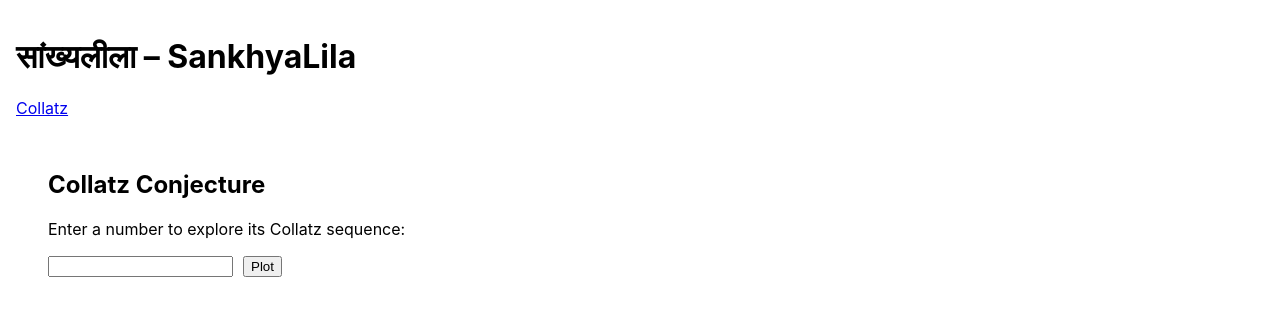
Repository: ChakreshSinghUC/SankhyaLila
Page: /collatz
These files come from the project's save history. The page is drawn as it stood at one moment and after the next save; the edit follows.
The browser window is 1280 px wide. The pictures show the whole page.
The project was rebuilt for these pictures with package versions that can differ from the ones it lists, and the page was loaded fresh each time.

Above is the page before, as saved 2025-07-05 16:31:37.

### src/App.js
import React from 'react';
import { BrowserRouter as Router, Routes, Route, Link } from 'react-router-dom';
import Collatz from './pages/Collatz';

function App() {
  return (
    <Router>
      <div style={{ padding: '1rem' }}>
        <h1>सांख्यलीला – SankhyaLila</h1>
        <nav>
          <Link to="/collatz">Collatz</Link>
        </nav>

        <Routes>
          <Route path="/collatz" element={<Collatz />} />
          <Route path="/" element={<p>Welcome to SankhyaLila!</p>} />
        </Routes>
      </div>
    </Router>
  );
}

export default App;

### src/pages/Collatz.jsx
import React, { useState } from 'react';
import { Line } from 'react-chartjs-2';
import {
  Chart as ChartJS,
  LineElement,
  PointElement,
  CategoryScale,
  LinearScale,
  Title,
  Tooltip,
  Legend
} from 'chart.js';

ChartJS.register(
  LineElement,
  PointElement,
  CategoryScale,
  LinearScale,
  Title,
  Tooltip,
  Legend
);

export default function Collatz() {
  const [input, setInput] = useState('');
  const [sequence, setSequence] = useState([]);

  const generateSequence = (n) => {
    let result = [];
    while (n !== 1) {
      result.push(n);
      n = (n % 2 === 0) ? n / 2 : 3 * n + 1;
    }
    result.push(1);
    setSequence(result);
  };

  const handleSubmit = () => {
    const n = parseInt(input);
    if (!isNaN(n) && n > 0) generateSequence(n);
  };

  return (
    <div style={{ padding: '2rem' }}>
      <h2>Collatz Conjecture</h2>
      <p>Enter a number to explore its Collatz sequence:</p>
      <input
        type="number"
        value={input}
        onChange={(e) => setInput(e.target.value)}
        onKeyDown={(e) => e.key === 'Enter' && handleSubmit()}
      />
      <button onClick={handleSubmit} style={{ marginLeft: '10px' }}>Plot</button>

      {sequence.length > 0 && (
        <div style={{ marginTop: '2rem' }}>
          <Line
            data={{
              labels: sequence.map((_, i) => i),
              datasets: [{
                label: 'Collatz Sequence',
                data: sequence,
                borderColor: '#1e88e5',
                pointRadius: 0,
                borderWidth: 2,
                fill: false
              }]
            }}
            options={{
              responsive: true,
              scales: {
                y: { beginAtZero: true }
              }
            }}
          />
        </div>
      )}
    </div>
  );
}

Loaded but not shown: public/index.html (common file); src/index.js (common file); src/index.css (common file); src/reportWebVitals.js (common file)

After the next save:
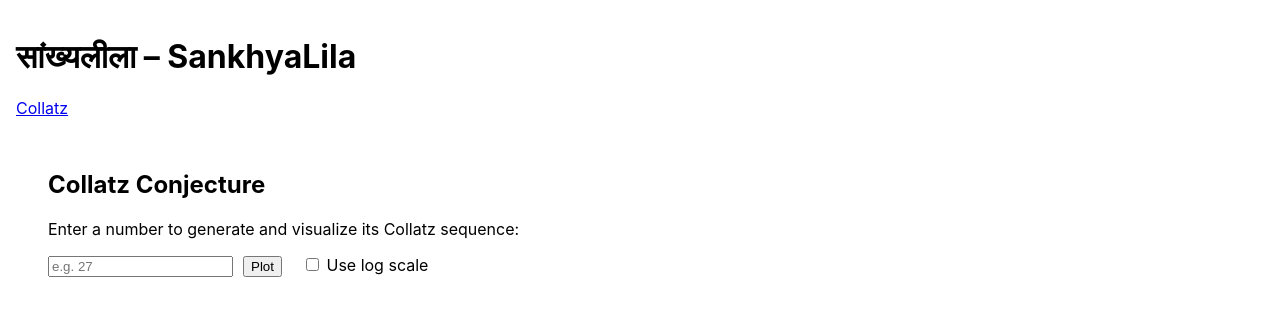
Saved 6 min 30 s later.
--- a/src/pages/Collatz.jsx
+++ b/src/pages/Collatz.jsx
@@ -24,6 +24,7 @@ ChartJS.register(
 export default function Collatz() {
   const [input, setInput] = useState('');
   const [sequence, setSequence] = useState([]);
+  const [logScale, setLogScale] = useState(false);
 
   const generateSequence = (n) => {
     let result = [];
@@ -40,39 +41,106 @@ export default function Collatz() {
     if (!isNaN(n) && n > 0) generateSequence(n);
   };
 
+  const maxValue = Math.max(...sequence);
+  const maxIndex = sequence.indexOf(maxValue);
+
+  const data = {
+    labels: sequence.map((_, i) => i),
+    datasets: [
+      {
+        label: 'Collatz Sequence',
+        data: sequence,
+        borderColor: '#1e88e5',
+        pointRadius: 0,
+        borderWidth: 2,
+        fill: false
+      },
+      {
+        label: 'Peak',
+        data: Array.from({ length: sequence.length }, (_, i) =>
+          i === maxIndex ? maxValue : null
+        ),
+        pointRadius: 5,
+        pointBackgroundColor: 'red',
+        showLine: false
+      }
+    ]
+  };
+
+  const options = {
+    responsive: true,
+    interaction: {
+      mode: 'index',
+      intersect: false
+    },
+    plugins: {
+      tooltip: {
+        callbacks: {
+          label: (ctx) => `Step: ${ctx.dataIndex}, Value: ${ctx.formattedValue}`
+        }
+      },
+      legend: {
+        display: false
+      },
+      title: {
+        display: true,
+        text: 'Collatz Conjecture Visualization',
+        font: { size: 18 }
+      }
+    },
+    scales: {
+      x: {
+        title: {
+          display: true,
+          text: 'Step',
+          font: { size: 14 }
+        },
+        grid: {
+          color: '#eee'
+        }
+      },
+      y: {
+        type: logScale ? 'logarithmic' : 'linear',
+        title: {
+          display: true,
+          text: logScale ? 'Value (log scale)' : 'Value',
+          font: { size: 14 }
+        },
+        grid: {
+          color: '#eee'
+        },
+        min: 1
+      }
+    }
+  };
+
   return (
     <div style={{ padding: '2rem' }}>
       <h2>Collatz Conjecture</h2>
-      <p>Enter a number to explore its Collatz sequence:</p>
+      <p>Enter a number to generate and visualize its Collatz sequence:</p>
       <input
         type="number"
         value={input}
         onChange={(e) => setInput(e.target.value)}
         onKeyDown={(e) => e.key === 'Enter' && handleSubmit()}
+        placeholder="e.g. 27"
       />
       <button onClick={handleSubmit} style={{ marginLeft: '10px' }}>Plot</button>
+      <label style={{ marginLeft: '20px' }}>
+        <input
+          type="checkbox"
+          checked={logScale}
+          onChange={() => setLogScale(!logScale)}
+        />
+        &nbsp;Use log scale
+      </label>
 
       {sequence.length > 0 && (
         <div style={{ marginTop: '2rem' }}>
-          <Line
-            data={{
-              labels: sequence.map((_, i) => i),
-              datasets: [{
-                label: 'Collatz Sequence',
-                data: sequence,
-                borderColor: '#1e88e5',
-                pointRadius: 0,
-                borderWidth: 2,
-                fill: false
-              }]
-            }}
-            options={{
-              responsive: true,
-              scales: {
-                y: { beginAtZero: true }
-              }
-            }}
-          />
+          <p>
+            🔺 Peak value: <strong>{maxValue}</strong> at step {maxIndex}
+          </p>
+          <Line data={data} options={options} />
         </div>
       )}
     </div>
